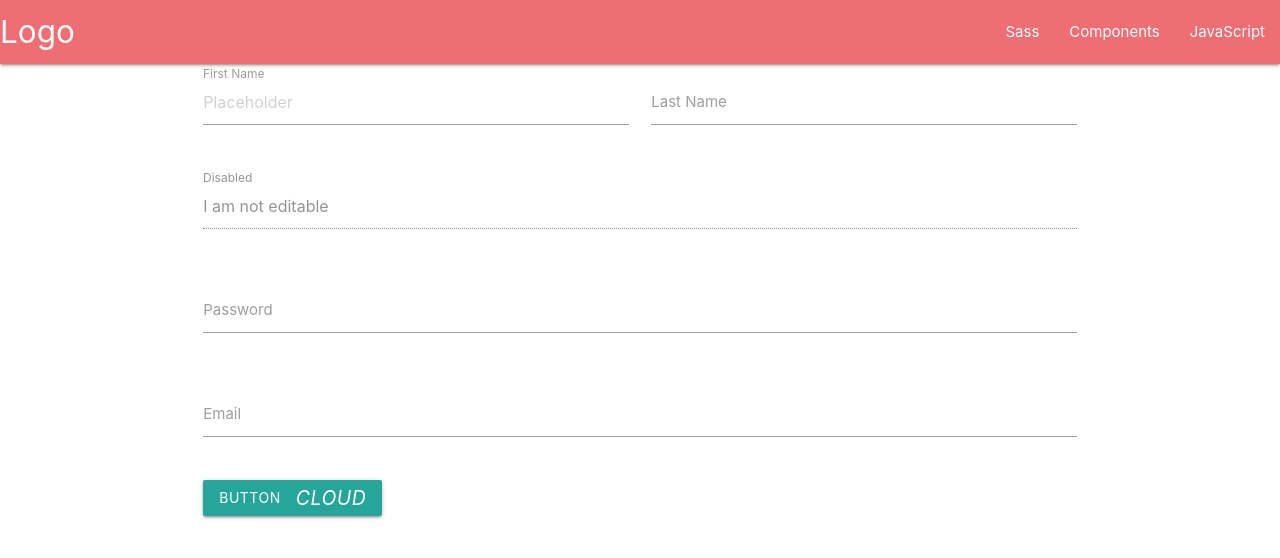
Repository: RavinakS/signup-page-html-js
Page: index.html
These files come from the project's save history. The page is drawn as it stood at one moment and after the next save; the edit follows.
The browser window is 1280 px wide. The pictures show the whole page.

Above is the page before, as saved 2021-12-13 11:14:21.

After the next save:
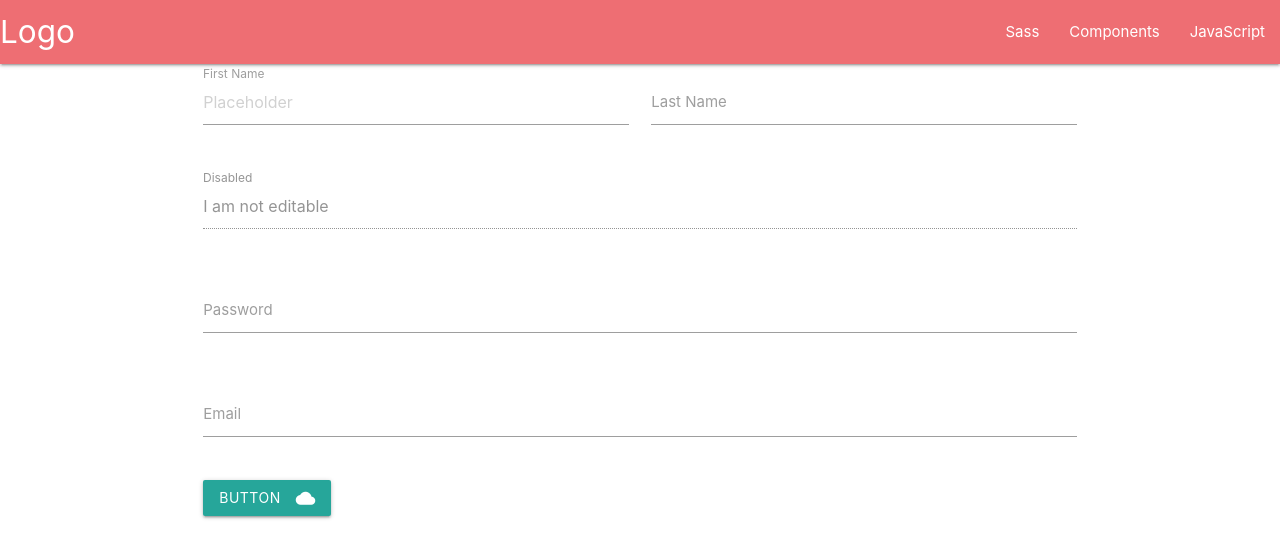
Saved 2 min 15 s later.
--- a/index.html
+++ b/index.html
@@ -6,6 +6,7 @@
     <meta name="viewport" content="width=device-width, initial-scale=1.0">
 
     <title>Document</title>
+    <link href="https://fonts.googleapis.com/icon?family=Material+Icons" rel="stylesheet">
     <link rel="stylesheet" href="https://cdnjs.cloudflare.com/ajax/libs/materialize/1.0.0/css/materialize.min.css">
     <script src="https://cdnjs.cloudflare.com/ajax/libs/materialize/1.0.0/js/materialize.min.js"></script>
 
